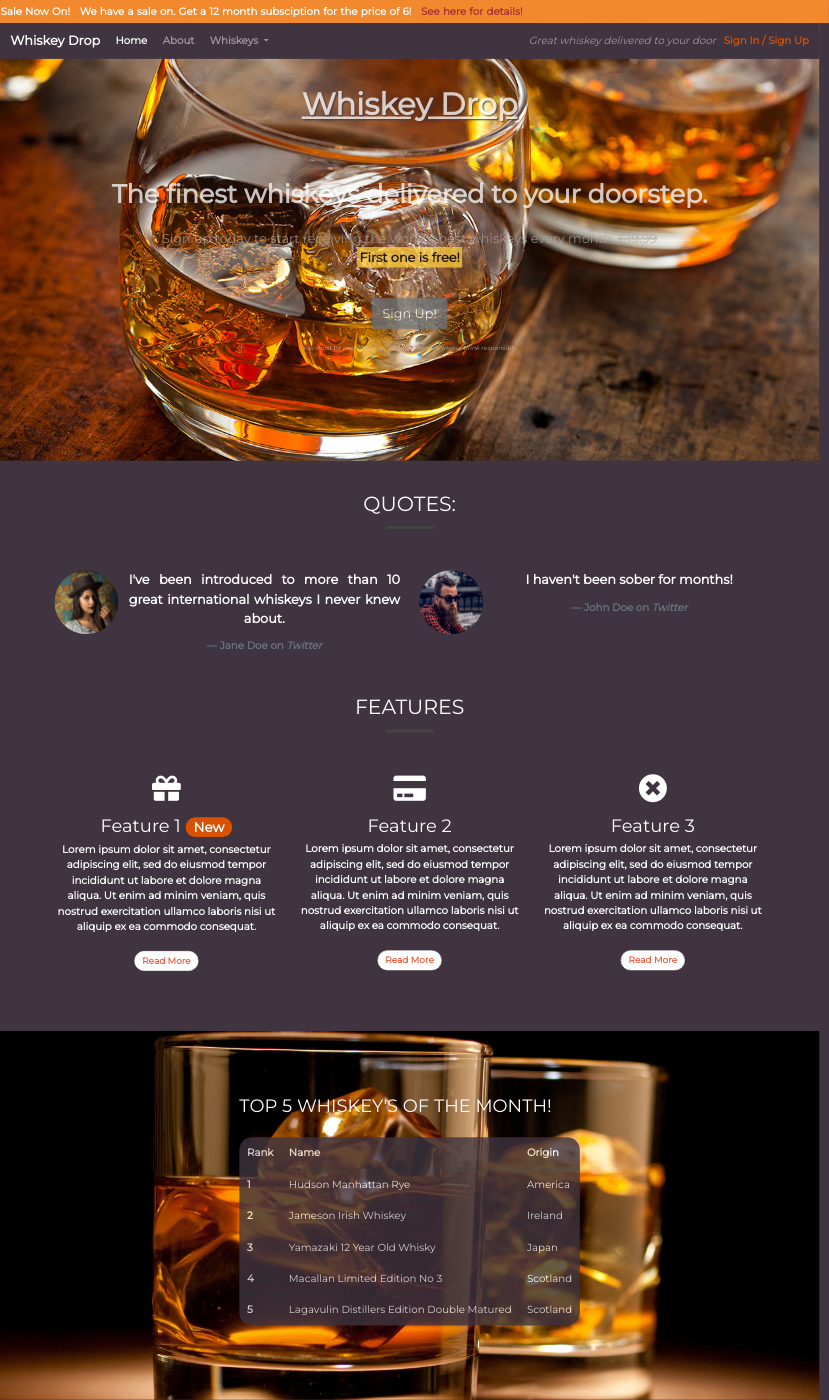
Repository: ClaireRoberts1403/Whiskey-Drop
Page: index.html
The author's editor kept a record of every edit. The page is drawn from the files as they stood at one moment, then again after the next edit.
The browser window is 1280 px wide. The page is 1295 px wide, so the pictures cover 1295 px, including what lies to the right of the window. The pictures show the whole page, at 64% of full size.
Backgrounds fixed to the window are drawn as part of the page. Some web libraries are served in a nearby version.

Above is the page before.

### index.html
<!DOCTYPE html>
<html lang="en-us">

<head>
    <meta charset="utf-8">
    <meta name="viewport" content="width=device-width, initial-scale=1.0">
    <title>Whiskey Drop | Taste a new whiskey every month</title>
    <link rel="stylesheet" href="https://maxcdn.bootstrapcdn.com/bootstrap/4.1.3/css/bootstrap.min.css">
    <link rel="stylesheet" href="https://use.fontawesome.com/releases/v5.6.1/css/all.css" integrity="sha384-gfdkjb5BdAXd+lj+gudLWI+BXq4IuLW5IT+brZEZsLFm++aCMlF1V92rMkPaX4PP" crossorigin="anonymous">
    <link href="https://fonts.googleapis.com/css?family=Montserrat&display=swap" rel="stylesheet">
    <link rel="stylesheet" href="CSS/style.css" type="text/css" />
</head>

<body>
    <!-- Nav-alert -->
    <div class="container-fluid navalert-container">
        <div class="container-fluid alert-container">
            <div class="row d-none d-sm-block">
                <div class="col-12">
                    <div class="alert alert-warning">
                        <strong>Sale Now On!</strong>&nbsp&nbsp We have a sale on. Get a 12 month subsciption for the price of 6! &nbsp <a class="a1" href="">See here for details!</a>
                    </div>
                </div>
            </div>
        </div>
        <!-- Nav -->
        <nav class="navbar navbar-dark navbar-expand-sm bg-dark">
            <a href="/" class="navbar-brand">Whiskey Drop</a>
            <button class="navbar-toggler ml-auto" type="button" data-toggle="collapse" data-target="#navbarNavDropdown" aria-controls="navbarNavDropdown" aria-expanded="false" aria-label="Toggle navigation">
        <span class="navbar-toggler-icon"></span></button>

            <div class="collapse navbar-collapse" id="navbarNavDropdown">
                <ul class="navbar-nav mr-auto">
                    <li class="active nav-item mr-2"><a class="nav-link" href="/">Home</a></li>
                    <li class="nav-item mr-2"><a class="nav-link" href="">About</a></li>
                    <li class="nav-item dropdown">
                        <a class="nav-link dropdown-toggle" href="#" id="navbarDropdownMenuLink" role="button" data-toggle="dropdown" aria-haspopup="true" aria-expanded="false">
                        Whiskeys
                        </a>
                        <div class="dropdown-menu" aria-labelledby="navbarDropdownMenuLink">
                            <a class="dropdown-item" href="#">Irish</a>
                            <a class="dropdown-item" href="#">Scotch</a>
                            <a class="dropdown-item" href="#">Japanese</a>
                            <a class="dropdown-item" href="#">American</a>

                    </li>
                    <li class="nav-item mr-2 d-block d-sm-none"><a class="nav-link" href="">Sign In / Sign Up</a></li>
                </ul>
                </div>
                <div class="d-none d-md-none d-lg-block">
                    <p class="navbar-text my-auto mr-2"><i>Great whiskey delivered to your door</i></p>
                    <a class="a" href="/login">Sign In / Sign Up</a>
                </div>
        </nav>
        </div>
    </div>
    <!-- Jumbotron -->
    <div class="container-fluid callout-container">
        <div class="row">
            <div class="col-12">
                <section class="jumbotron text-center">
                    <h1 class="jumbotron-header1">Whiskey Drop<br><br></h1>
                    <h1 class="jumbotron-header">The finest whiskeys delivered to your doorstep.</h1>
                    <p class="lead">Sign up today to start receiving the world's best whiskeys every month.
                        <s class="d-none d-sm-inline">£19.99</s>
                        <span class="d-inline d-sm-none"><br></span>
                        <br><strong><mark>First one is free!</mark></strong></p><br>
                    <p>
                        <button class="btn btn-lg btn-secondary" data-toggle="modal" data-target="#signUpModal">
                        Sign Up!
                        </button>
                    </p>
                    <p class="text-muted"><small>You must be over 18 to sign up to our service. Please drink responsibly.</small>
                    </p>
                </section>
            </div>
        </div>
    </div>
    <!-- Quotes -->
    <div class="container quotes-container">
        <section class="quotes">
            <div class="row">
                <div class="col-12 my-5">
                    <h2 class="text-uppercase">Quotes:</h2>
                    <hr class="block-divider">
                </div>
            </div>
            <div class="row ">
                <div class="col-12 col-md-6">
                    <div class="media">
                        <div class="d-none d-sm-block">
                            <img src="images/girl-image.png" class="rounded-circle mr-3" height=100 width=100>
                        </div>
                        <div class="media-body">
                            <blockquote class="blockquote">
                                <p>I've been introduced to more than 10 great international whiskeys I never knew about.</p>
                                <footer class="blockquote-footer">Jane Doe on <cite title="Twitter">Twitter</cite></footer>
                            </blockquote>
                        </div>
                    </div>
                </div>
                <div class="col-12 col-md-6">
                    <div class="media">
                        <div class="d-none d-sm-block">
                            <img src="images/guy-image.png" class="rounded-circle mr-3" height=100 width=100>
                        </div>
                        <div class="media-body">
                            <blockquote class="blockquote">
                                <p>I haven't been sober for months!</p>
                                <footer class="blockquote-footer">John Doe on <cite title="Twitter">Twitter</cite></footer>
                            </blockquote>
                        </div>
                    </div>
                </div>
            </div>
        </section>

    </div>
    <!-- Features -->
    <div class="container features-container">
        <section class="features">
            <div class="row">
                <div class="col-12 my-5">
                    <h2 class="text-uppercase">Features</h2>
                    <hr class="block-divider">
                </div>
            </div>
            <div class="row">
                <div class="col-12 col-md-6 col-lg-4">
                    <div class="feature ">
                        <h3><i class="fas fa-gift d-none d-sm-block"></i>Feature 1&nbsp<span class="badge badge-pill badge-secondary">New</span></h3>
                        <p>Lorem ipsum dolor sit amet, consectetur adipiscing elit, sed do eiusmod tempor incididunt ut labore et dolore magna aliqua. Ut enim ad minim veniam, quis nostrud exercitation ullamco laboris nisi ut aliquip ex ea commodo consequat.
                        </p>
                        <p><a class="btn btn-sm btn-light " href="#">Read More</a></p>
                    </div>
                </div>
                <div class="col-12 col-md-6 col-lg-4 ">
                    <div class="feature">
                        <h3><i class="fas fa-credit-card d-none d-sm-block"></i>Feature 2</h3>
                        <p>Lorem ipsum dolor sit amet, consectetur adipiscing elit, sed do eiusmod tempor incididunt ut labore et dolore magna aliqua. Ut enim ad minim veniam, quis nostrud exercitation ullamco laboris nisi ut aliquip ex ea commodo consequat.
                        </p>
                        <p><a class="btn btn-sm btn-light" href="#">Read More</a></p>
                    </div>
                </div>
                <div class="col-12 d-md-none d-lg-block col-lg-4">
                    <div class="feature">
                        <h3><i class="fas fa-times-circle d-none d-sm-block"></i>Feature 3</h3>
                        <p>Lorem ipsum dolor sit amet, consectetur adipiscing elit, sed do eiusmod tempor incididunt ut labore et dolore magna aliqua. Ut enim ad minim veniam, quis nostrud exercitation ullamco laboris nisi ut aliquip ex ea commodo consequat.
                        </p>
                        <p><a class="btn btn-sm btn-light" href="#">Read More</a></p>
                    </div>
                </div>
            </div>
        </section>
    </div>
    <br>
    <!-- Favourites -->
    <div class="container-fluid favourites-container">
        <div class="row">
            <div class="col-12 my-5">
                <section>
                    <table class="table table-dark">
                        <thead>
                            <h3 class="text-uppercase">Top 5 Whiskey's of the Month!</h3>
                            <br>
                            <tr>
                                <th scope="col">Rank</th>
                                <th scope="col">Name</th>
                                <th scope="col">Origin</th>
                            </tr>
                        </thead>
                        <tbody>
                            <tr>
                                <th scope="row">1</th>
                                <td>Hudson Manhattan Rye</td>
                                <td>America</td>
                            </tr>
                            <tr>
                                <th scope="row">2</th>
                                <td>Jameson Irish Whiskey</td>
                                <td>Ireland</td>
                            </tr>
                            <tr>
                                <th scope="row">3</th>
                                <td>Yamazaki 12 Year Old Whisky</td>
                                <td>Japan</td>
                            </tr>
                            <tr>
                                <th scope="row">4</th>
                                <td>Macallan Limited Edition No 3</td>
                                <td>Scotland</td>
                            </tr>
                            <tr>
                                <th scope="row">5</th>
                                <td>Lagavulin Distillers Edition Double Matured</td>
                                <td>Scotland</td>
                            </tr>
                        </tbody>
                    </table>
                </section>
            </div>
        </div>
    </div>
    <!-- Modal -->
    <div class="modal" tabindex="-1" role="dialog" id="signUpModal">
        <div class="modal-dialog" role="document">
            <div class="modal-content">
                <div class="modal-header">
                    <h5 class="modal-title">Sign Up To Whiskey Drop!</h5>
                    <button type="button" class="close" data-dismiss="modal" aria-label="Close">
          <span aria-hidden="true">&times;</span>
        </button>
                </div>
                <div class="modal-body">
                    <form>
                        <div class="form-group">
                            <label for="exampleInputEmail1">Email address</label>
                            <input type="email" class="form-control" id="exampleInputEmail1" aria-describedby="emailHelp" placeholder="Enter email">
                            <small id="emailHelp" class="form-text text-muted">We'll never share your email with anyone else.</small>
                        </div>
                        <div class="form-group">
                            <label for="password">Password</label>
                            <input type="password" class="form-control" id="password" placeholder="Password">
                        </div>
                        <div class="form-group">
                            <label for="repeatPassword">Repeat Password</label>
                            <input type="password" class="form-control" id="repeatPassword" placeholder="Repeat Password">
                        </div>
                        <button type="submit" class="btn btn-secondary">Submit</button>
                    </form>
                </div>
            </div>
        </div>
    </div>
</body>
<script src="https://code.jquery.com/jquery-3.3.1.slim.min.js " integrity="sha384-q8i/X+965DzO0rT7abK41JStQIAqVgRVzpbzo5smXKp4YfRvH+8abtTE1Pi6jizo " crossorigin="anonymous "></script>
<script src="https://cdnjs.cloudflare.com/ajax/libs/popper.js/1.14.7/umd/popper.min.js " integrity="sha384-UO2eT0CpHqdSJQ6hJty5KVphtPhzWj9WO1clHTMGa3JDZwrnQq4sF86dIHNDz0W1 " crossorigin="anonymous "></script>
<script src="https://stackpath.bootstrapcdn.com/bootstrap/4.3.1/js/bootstrap.min.js " integrity="sha384-JjSmVgyd0p3pXB1rRibZUAYoIIy6OrQ6VrjIEaFf/nJGzIxFDsf4x0xIM+B07jRM " crossorigin="anonymous "></script>

</html>

### CSS/style.css
body {
    font-family: 'Montserrat', sans-serif;
    background-color: #3F343F;
}

/* Nav */

.navbar {
    background-color: #3F343F!important;
}

.a {
    color: #D85204;
    text-decoration: none;
    background-color: transparent;
    font-weight: bold;
}

.a1 {
    color: #A53131;
    text-decoration: none;
    background-color: transparent;
    font-weight: bold;
}

.a1:hover {
    color: #D85204;
}

.a:hover {
    color: #F24C26;
}

.navbar-brand {
    font-weight: bold;
}

.navalert-container {
    position: absolute;
    top: 0;
    left: 0;
    z-index: 1;
    padding-left: 0;
    padding-right: 0;
}

.navbar {
    margin-bottom: 0;
    width: 100%;
    background-color: #3F343F;
    border: 0;
}

.navbar .navbar-toggler {
    border: 0;
}

.navbar .navbar-brand {
    font-weight: bold;
}

.navbar .navbar-nav a {
    font-weight: bold;
}

.dropdown-item {
    color: #3F343F;
}

.dropdown-item:hover {
    background-color: #D6C9C1;
}


/* Containers */

/*
.container-wrapper {}

.container-wrapper--red {
    background-color: #f05f40;
    color: white;
}
*/

.alert-container {
    padding: 0;
}

.alert-warning {
    border-radius: 0;
    margin-bottom: 0;
    padding: 5px 15px;
    background-color: #F2892E;
    border-color: #F2892E;
    color: white;
    font-weight: bold;
    word-spacing: 0.05em;
}

.callout-container {
    height: 100vh;
    background: url('../images/bourbon-on-the-rocks.jpg') no-repeat center center fixed;
    -webkit-background-size: cover;
    -moz-background-size: cover;
    -o-background-size: cover;
    background-size: cover;

    display: flex;
    align-items: center;
    justify-content: center;

    position: relative;
}
/* center center =bottom right*/



.callout-container .mark, mark {
    background-color: #ffce3b;
    font-weight: bold;
}


.quotes-container {
    background-color: #3F343F;
    color: white;
    font-weight: bold;
    background-size: cover;
    display: flex;
    align-items: center;
    justify-content: center;
    text-align-last: center;
    text-align: justify;
    position: relative;

}

.features-container {
    color: white;
    font-weight: bold;
    text-align-last: center;
    text-align: justify;
}


/* Features*/

.features .btn {
    border-radius: 10px;
    font-weight: bold;
}

.feature i {
    margin-bottom: 20px;
    font-size: 45px;
    line-height: 45px;
}

.badge-secondary {
    background-color: #D85204;
}

/* Block dividers */

.block-divider {
    width: 75px;
    height: 5px;
    border: 0;
    background-color: #D85204;
}



/* Favourites */

.favourites-container {
    margin-top: 30px;
    display: flex;
    align-items: center;
    justify-content: center;
    height: 80vh;
    color: white;
    background: url('../images/whisky-glass.jpg') no-repeat center center fixed;
    -webkit-background-size: cover;
    -moz-background-size: cover;
    -o-background-size: cover;
    background-size: cover;

}

.table-dark {
    background-color: #3F343F;
    opacity: 0.8;
    border-radius: 20px;
    border-color: transparent;
    border: hidden;
}

/* Jumbotron */

.jumbotron {
    background-color: #3F343F;
    opacity: 0.75;
    margin-top: 1em;
    border-radius: 20px;
    color: white;
}


.jumbotron text-center jumbotron-header {
    color: white;
    font-weight: bold;
    margin-bottom: 30px;
}

.jumbotron-header1 {
    color: white;
    font-weight: bolder;
    text-shadow: 2px 2px 2px #3F343F;
    font-size: 3em;
    text-decoration: underline;
}

@media (min-width:760px) {

    .jumbotron:hover {
        font-size: 1.5em;
        transition-duration: 2s;
        transition-timing-function: ease-in-out;
        opacity: 0.85;
    }

}
==============================================================================




/* Navbar */

.navalert-container {
    position: absolute;
    top: 0;
    left: 0;
    z-index: 1;
    padding-left: 0;
    padding-right: 0;
}

.navbar {
    margin-bottom: 0;
    width: 100%;
    background-color: rgba(0, 0, 0, .25);
    border: 0;
}

.navbar .navbar-toggler {
    border: 0;
}

.navbar .navbar-brand {
    font-weight: bold;
}

.navbar .navbar-nav a {
    font-weight: bold;
}


/* Jumbotron */

.jumbotron {
    background-color: transparent;
}

.jumbotron h1 {
    color: white;
    font-weight: bold;
    margin-bottom: 30px;
    color: white;
}

.jumbotron .lead {
    color: #a7a7a7;
    margin: 25px 0;
}

.jumbotron small {
    font-size: 60%;
    font-style: italic;
    color: #d0d0d0;
}

/* Block dividers */

.block-divider {
    width: 75px;
    height: 5px;
    border: 0;
    background-color: #444;
}

.block-divider--orange {
    background-color: #f05f40;
}

.block-divider--white {
    background-color: white;
}

.block-divider--short {
    width: 35px;
}

/* Buttons */

.btn--cta {
    font-weight: bold;
    border-radius: 23px;
    width: 160px;
}

.btn--red {
    color: white;
    background-color: #f05f40;
    border-color: #f05f40;
}

.btn--red:hover,
.btn--red:active,
.btn--red:focus,
.btn--red:active:focus {
    background-color: #df4929;
    border-color: #df4929;
    color: white;
}

/* Alert */

.alert-container .col-12 {
    padding-left: 0;
    padding-right: 0;
}

.site-wide-alert {
    color: #544600;
    background-color: #eec802;
    border-color: #eec802;
    padding: 5px 15px;
    margin-bottom: 0;
    border: 1px solid transparent;
    border-radius: 0;
}

/* Page Headers */

.page-header {
    margin-bottom: 0;
    border-bottom: 0;
    text-align: center;
}

.page-header h2 {
    margin-top: 0;
}

/* Quotes */

.quotes .page-header {
    margin-bottom: 25px;
}

/* Features */

.feature {
    text-align: center;
    margin-bottom: 40px;
}

.feature i {
    margin-bottom: 20px;
    font-size: 45px;
    line-height: 45px;
}

.feature .btn {
    background-color: white;
    border-color: white;
    border-radius: 15px;
    min-width: 100px;
    font-weight: bold;
    margin-top: 10px;
    color: #f05f40;
}
*/

After the next edit:
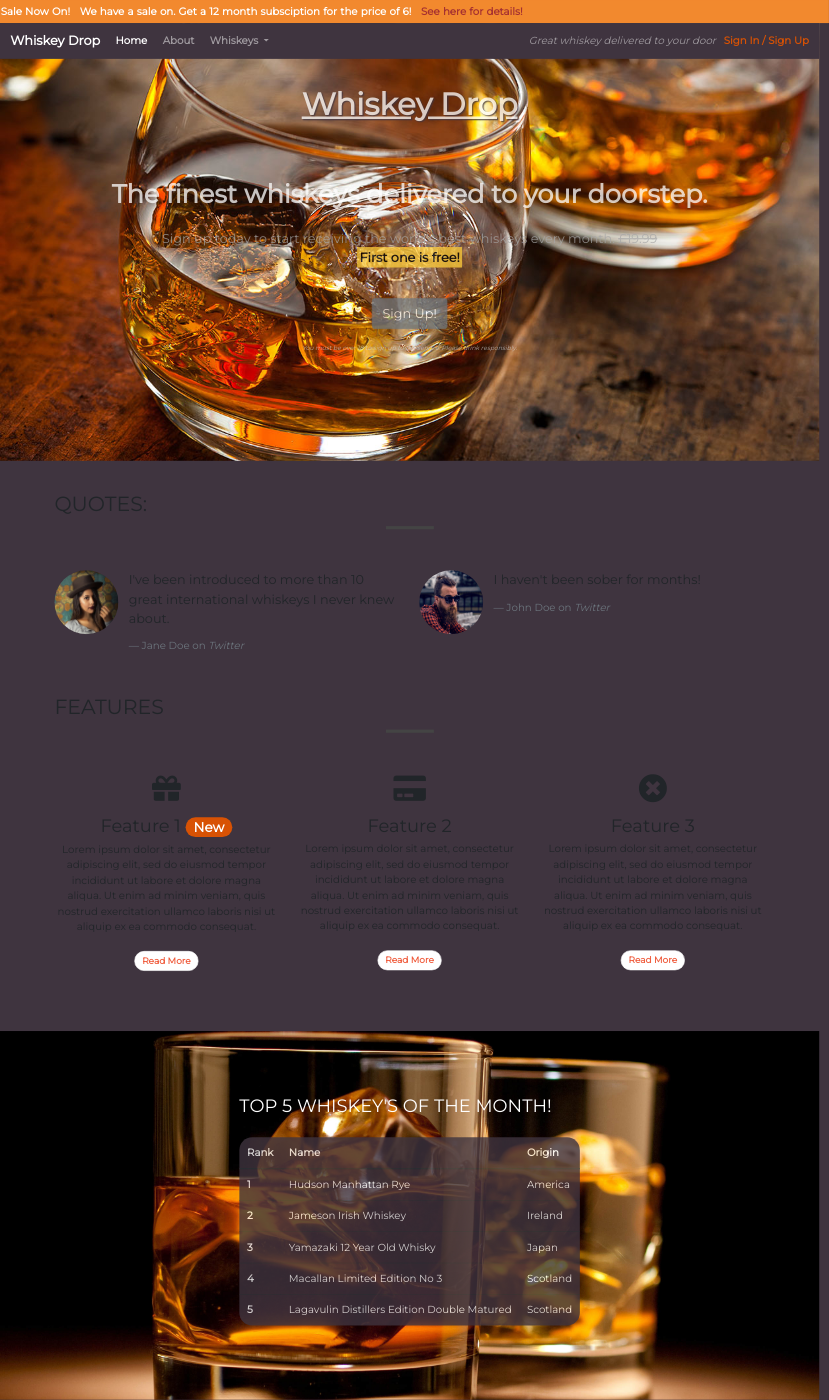
The edit:
--- a/CSS/style.css
+++ b/CSS/style.css
@@ -120,7 +120,11 @@
     background-color: #ffce3b;
     font-weight: bold;
 }
-
+/*
+.content-container {
+    padding-top: 75px;
+    padding-bottom: 75px;
+}
 
 .quotes-container {
     background-color: #3F343F;

After the edit that followed:
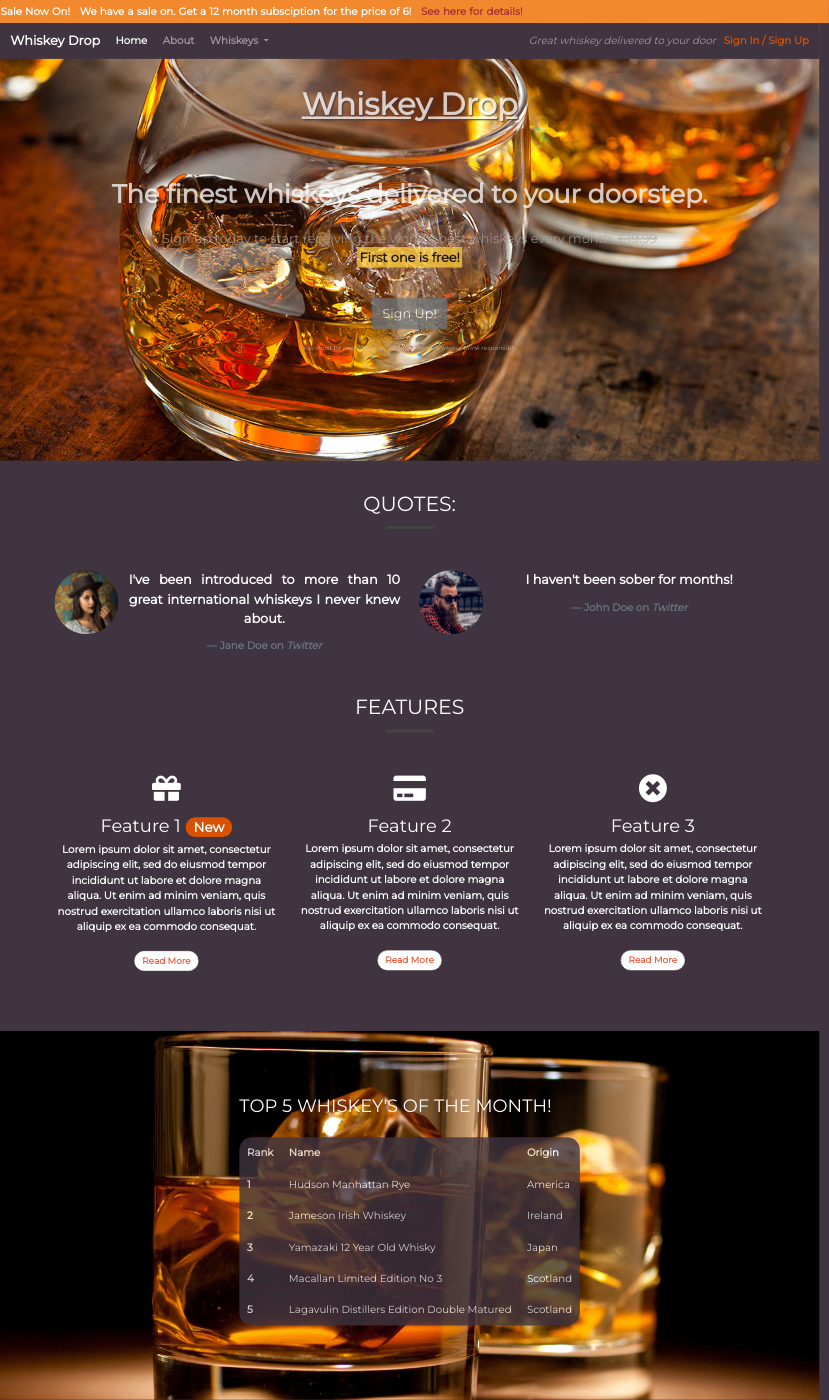
The edit:
--- a/CSS/style.css
+++ b/CSS/style.css
@@ -124,7 +124,7 @@
 .content-container {
     padding-top: 75px;
     padding-bottom: 75px;
-}
+}*/
 
 .quotes-container {
     background-color: #3F343F;
